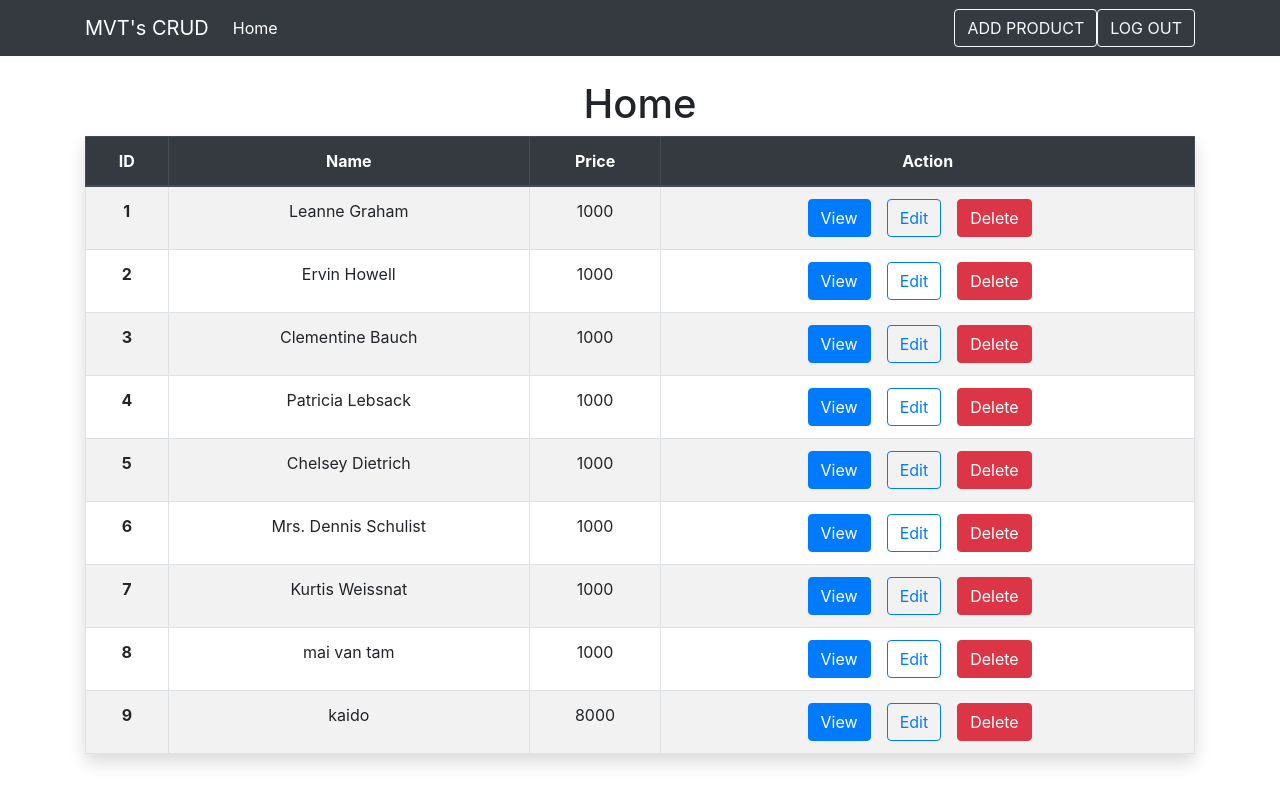
Repository: tammv/crud_product
Page: /
These files come from the project's save history. The page is drawn as it stood at one moment and after the next save; the edit follows.
The browser window is 1280 px wide. The pictures show the whole page.
The project was rebuilt for these pictures with package versions that can differ from the ones it lists, and the page was loaded fresh each time. Requests to the local data server were answered from the project's data file. Also part of the build but not shown: src/index.css, src/components/pages/NotFound.js, src/components/products/UpdateProduct.js, src/components/products/Product.js, src/components/products/AddProduct.js.

Above is the page before, as saved 2023-07-10 00:25:55.

After the next save:
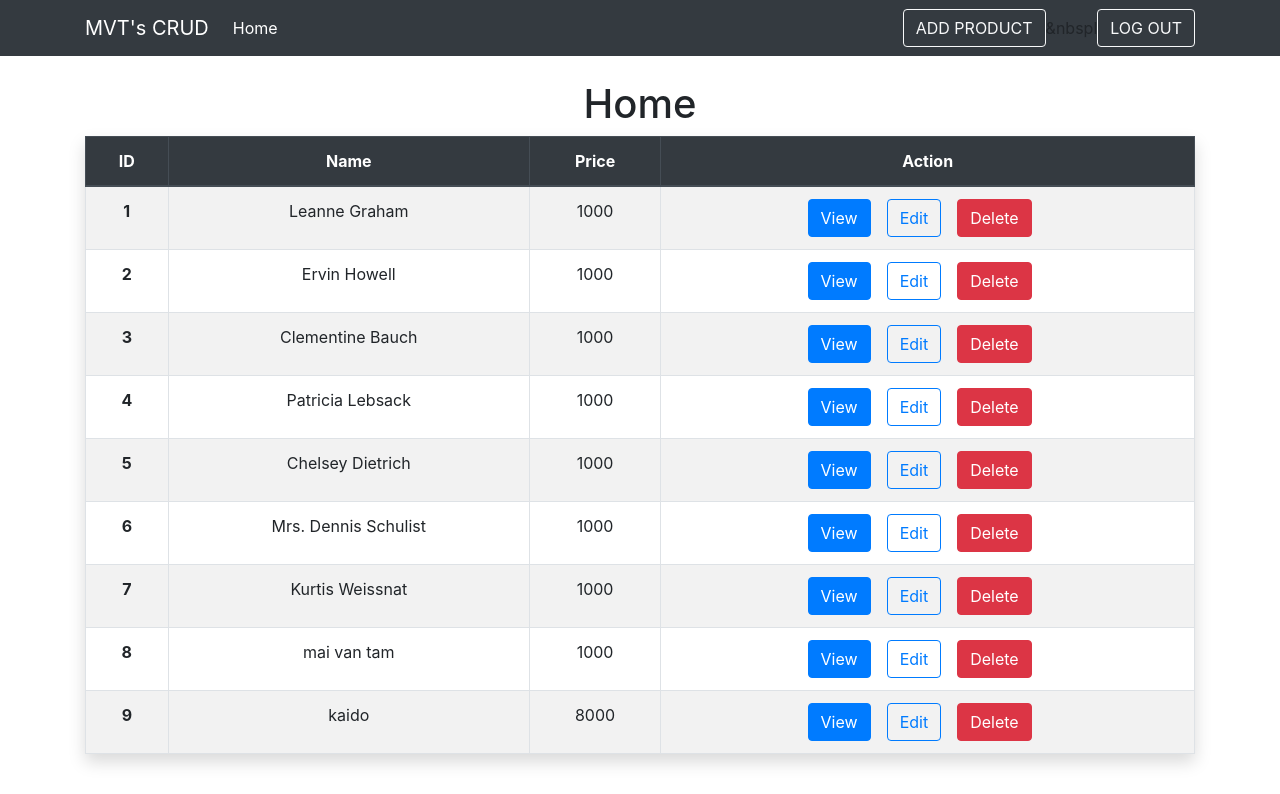
Saved 36 s later.
--- a/src/components/layout/Navbar.js
+++ b/src/components/layout/Navbar.js
@@ -19,7 +19,6 @@ const Navbar = () => {
         >
           <span className="navbar-toggler-icon"></span>
         </button>
-
         <div className="collapse navbar-collapse">
           <ul className="navbar-nav mr-auto">
             <li className="nav-item ">
@@ -29,11 +28,10 @@ const Navbar = () => {
             </li>
           </ul>
         </div>
-
         <Link className="btn btn-outline-light" to="/products/add">
           ADD PRODUCT
         </Link>
-        <p> </p>
+        &nbspl
         <Link className="btn btn-outline-light" to="#">
           LOG OUT
         </Link>
